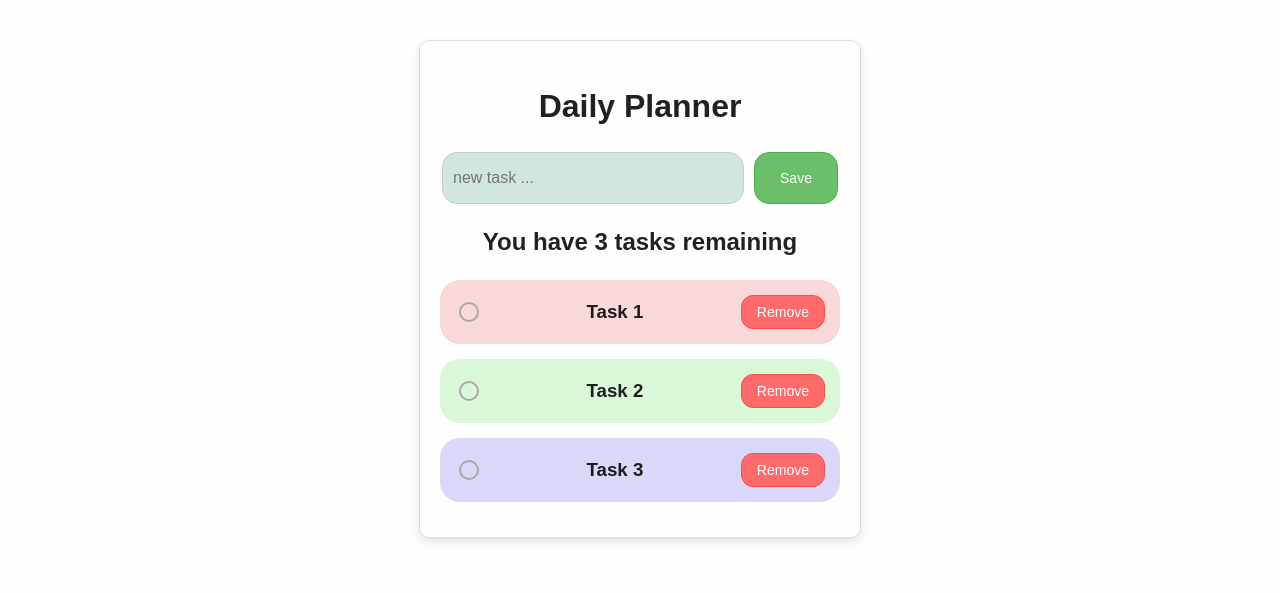
Repository: Zalida-Khan/Frontend-Lab4
Page: /
These files come from the project's save history. The page is drawn as it stood at one moment and after a run of saves; the edit follows.
The browser window is 1280 px wide. The pictures show the whole page.
The project was rebuilt for these pictures with package versions that can differ from the ones it lists, and the page was loaded fresh each time. Also part of the build but not shown: vite.config.js.

Above is the page before, as saved 2024-10-22 01:04:29.

### index.html
<!doctype html>
<html lang="en">

<head>
  <meta charset="UTF-8" />
  <link rel="icon" type="image/svg+xml" href="/vite.svg" />
  <meta name="viewport" content="width=device-width, initial-scale=1.0" />
  <title>Day Planner</title>
</head>

<body>
  <div id="root"></div>
  <script type="module" src="/src/main.jsx"></script>
</body>

</html>

### src/App.jsx
import "./App.css";
import React, { useState } from "react";
import Task from "./components/Task";
import TaskForm from "./components/TaskForm";

function App() {
  const [tasks, setTasks] = useState([
    { id: 1, text: "Task 1", completed: false },
    { id: 2, text: "Task 2", completed: false },
    { id: 3, text: "Task 3", completed: false },
  ]);

  const addTask = (text) =>
    setTasks([...tasks, { id: Date.now(), text, completed: false }]);

  const toggleTask = (id) =>
    setTasks(
      tasks.map((task) =>
        task.id === id ? { ...task, completed: !task.completed } : task
      )
    );

  const removeTask = (id) => setTasks(tasks.filter((task) => task.id !== id));

  const remainingTasks = tasks.filter((task) => !task.completed).length;

  return (
    <div className="app">
      <header>
        <h1>Daily Planner</h1>
      </header>
      <TaskForm addTask={addTask} />
      <h2>You have {remainingTasks} tasks remaining</h2>
      <div className="task-list">
        {tasks.map((task) => (
          <Task
            key={task.id}
            task={task}
            toggleTask={toggleTask}
            removeTask={removeTask}
          />
        ))}
      </div>
    </div>
  );
}

export default App;

### src/index.css
:root {
  font-family: Inter, system-ui, Avenir, Helvetica, Arial, sans-serif;
  line-height: 1.5;
  font-weight: 400;

  color-scheme: light dark;
  color: rgba(0, 0, 0, 0.87);
  background-color: #fefefe;

  font-synthesis: none;
  text-rendering: optimizeLegibility;
  -webkit-font-smoothing: antialiased;
  -moz-osx-font-smoothing: grayscale;
}

### src/App.css
#root {
  max-width: 1280px;
  margin: 0 auto;
  padding: 2rem;
  text-align: center;
}

.app {
  width: 400px;
  margin: 0 auto;
  padding: 20px;
  font-family: Arial, sans-serif;
  border: 1px solid #ddd;
  border-radius: 10px;
  box-shadow: 0 4px 10px rgba(0, 0, 0, 0.1);
}

.task-list {
  margin-top: 20px;
}

.task {
  display: flex;
  align-items: center;
  justify-content: space-between;
  margin-bottom: 15px;
  padding: 15px;
  border-radius: 20px;
}

.task:nth-child(6n+1) {
  background-color: #f8d8d9;
}

.task:nth-child(6n+2) {
  background-color: #d8f8d8;
}

.task:nth-child(6n+3) {
  background-color: #d9d8f8;
}

.task:nth-child(6n+4) {
  background-color: #f8e1d8;
}

.task:nth-child(6n+5) {
  background-color: #e1f8d8;
}

.task:nth-child(6n) {
  background-color: #d8e1f8;
}

.task h3 {
  margin: 0;
  flex-grow: 1;
  text-decoration: none;
}

.task.completed h3 {
  text-decoration: line-through;
}

.checkmark {
  appearance: none;
  width: 20px;
  height: 20px;
  border-radius: 50%;
  border: 2px solid #aba7a7;
  background-color: transparent;
  display: flex;
  align-items: center;
  justify-content: center;
  cursor: pointer;
  margin-right: 10px;
}

.checkmark:checked {
  background-color: #d1e7dd;
  border: 2px solid #198754;
}

.checkmark:checked::after {
  content: '✓';
  color: rgb(0, 0, 0)
}

.delete-btn {
  padding: 8px 15px;
  border-radius: 12px;
  background-color: #ff6b6b;
  border: 1px solid #ff4c4c;
  color: white;
  cursor: pointer;
  font-size: 14px;
  transition: background-color 0.3s, transform 0.2s;
}

.delete-btn:hover {
  background-color: #ff4c4c;
  transform: scale(1.05);
}

.save-btn {
  padding: 17px 25px;
  border-radius: 15px;
  background-color: #6bbf6b;
  border: 1px solid #4cae4c;
  color: white;
  cursor: pointer;
  font-size: 14px;
  transition: background-color 0.3s, transform 0.2s;
}

.save-btn:hover {
  background-color: #4cae4c;
  transform: scale(1.05);
}

.input-field {
  width: 70%;
  height: 30px;
  padding: 10px;
  border-radius: 10px;
  background-color: #d1e7dd;
  margin-right: 10px;
  border: 1px solid #ccc;
  font-size: 16px;
  outline: none;
  color: black;
  transition: border-color 0.3s;
}

.input-field:focus {
  border-color: #198754;
}

.save-btn {
  padding: 17px 25px;
  border-radius: 15px;
  background-color: #6bbf6b;
  transition: background-color 0.3s, transform 0.2s;
}

.save-btn:hover {
  background-color: #4cae4c;
  transform: scale(1.05);
}

.input-field {
  width: 70%;
  height: 30px;
  padding: 10px;
  border-radius: 15px;
  background-color: #d1e7dd;
  margin-right: 10px;
  border: 1px solid #ccc;
  transition: border-color 0.3s;
}

.input-field:focus {
  border-color: #198754;
}

### src/components/Task.jsx
import React from 'react';

function Task({ task, toggleTask, removeTask }) {
  return (
    <div className={`task ${task.completed ? 'completed' : ''}`}>
      <input className="checkmark" type="checkbox" checked={task.completed} onChange={() => toggleTask(task.id)} />
      <h3>{task.text}</h3>
      <button className="delete-btn" onClick={() => removeTask(task.id)}>Remove</button>
    </div>
  );
}

export default Task;

### src/components/TaskForm.jsx
import React, { useState } from 'react';

function TaskForm({ addTask }) {
  const [text, setText] = useState('');

  const handleSubmit = (e) => {
    e.preventDefault();
    if (text.trim()) {
      addTask(text);
      setText('');
    }
  };

  return (
    <form onSubmit={handleSubmit}>
      <input className="input-field" type="text" value={text} onChange={(e) => setText(e.target.value)} placeholder="new task ..." />
      <button className="save-btn" type="submit">Save</button>
    </form>
  );
}

export default TaskForm;

Loaded but not shown: src/main.jsx (common file)

After the next 2 saves:
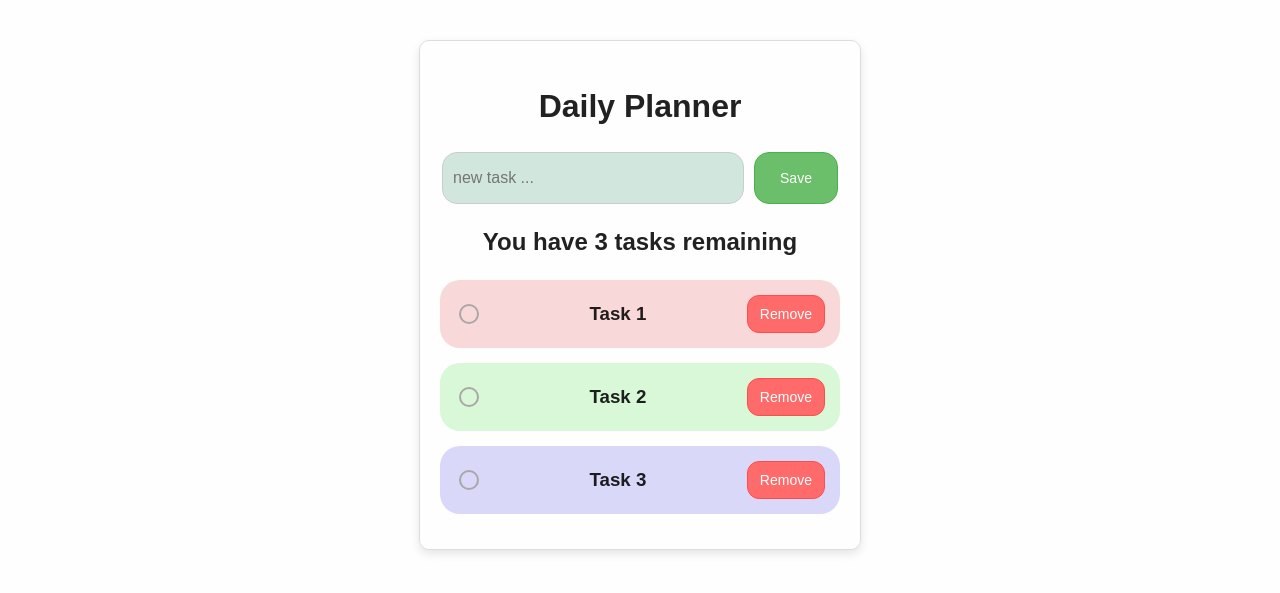
The 2 saves are shown as one change because they came seconds apart.
The last was saved 9 s later.
--- a/src/App.css
+++ b/src/App.css
@@ -87,7 +87,7 @@
 }
 
 .delete-btn {
-  padding: 8px 15px;
+  padding: 10px 12px;
   border-radius: 12px;
   background-color: #ff6b6b;
   border: 1px solid #ff4c4c;
